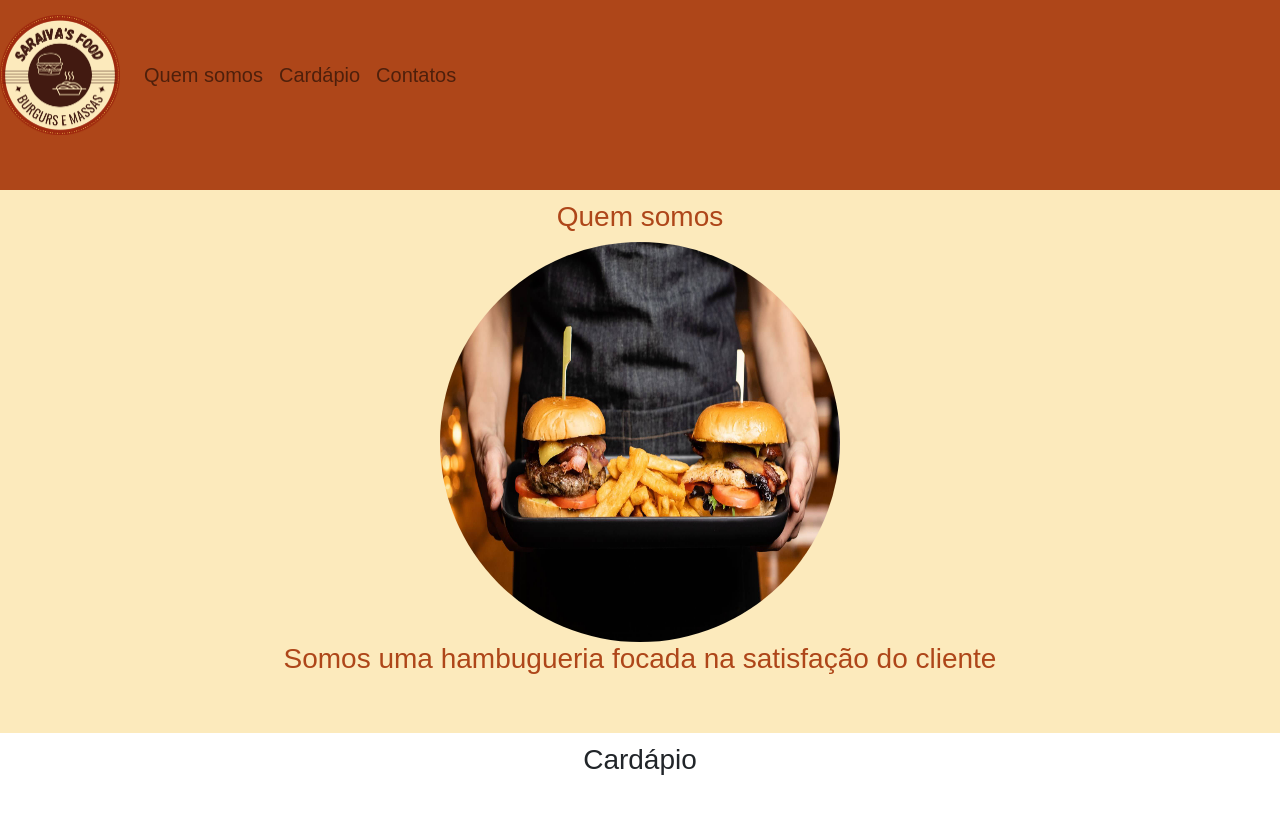
Repository: Tuanemendes/curso_bootstrap
Page: projeto1/index.html
An editor plug-in stored every save of this project. The page is shown before and after the next save, followed by the edit.
The browser window is 1280 px wide. The pictures show the whole page.

Above is the page before, as saved 2022-04-04 17:00:16.

After the next save:
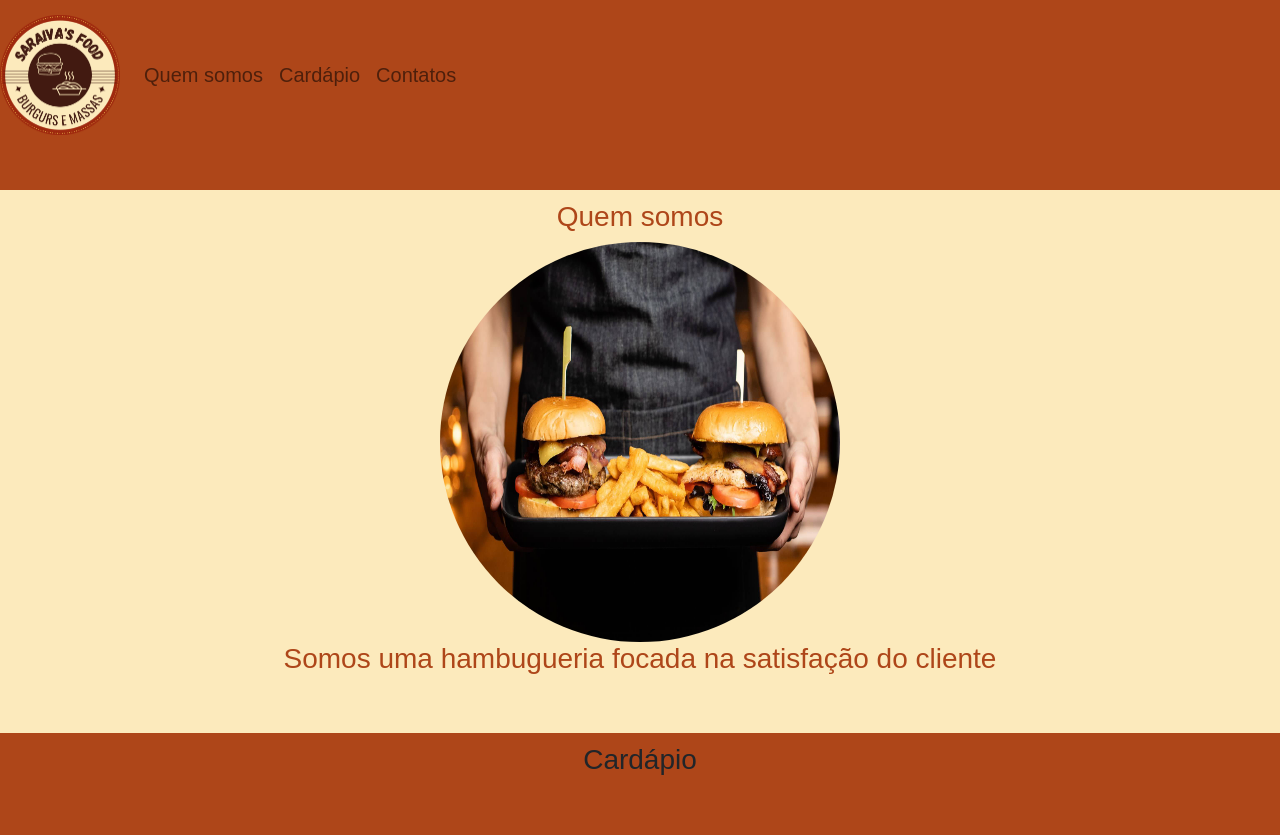
Saved 6 s later.
--- a/projeto1/index.html
+++ b/projeto1/index.html
@@ -37,7 +37,7 @@
             </div>
     </section>
     <section id="cardapio">
-        <div class="container-fluid text-center margin">
+        <div class="container-fluid text-center margin cardapio">
            <h3>Cardápio</h3>
 
         </div>
